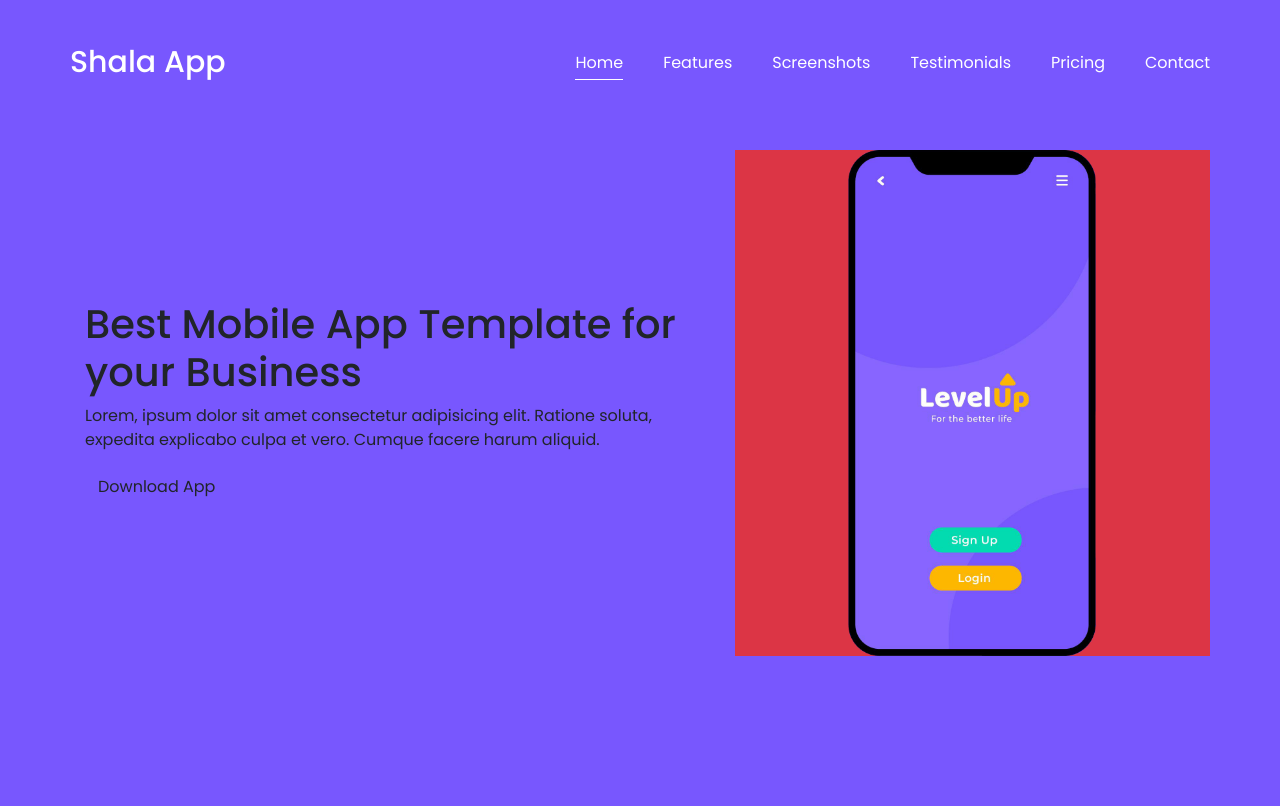
Repository: Mohamed-Hema/Shala-App
Page: index.html
These files come from the project's save history. The page is drawn as it stood at one moment and after the next save; the edit follows.
The browser window is 1280 px wide. The pictures show the whole page.

Above is the page before, as saved 2021-02-13 08:58:06.

### index.html
<!DOCTYPE html>
<html lang="zxx">
<head>
  <title>Shala - App Landing Page</title>
  <meta charset="utf-8">
  <meta name="viewport" content="width=device-width, initial-scale=1">
  <!-- owl carousel css -->
  <link rel="stylesheet" href="css/owl.carousel.min.css">
  <!-- font awesome icons -->
  <link rel="stylesheet" href="css/font-awesome.css">
  <!-- bootstrap css -->
  <link rel="stylesheet" href="css/bootstrap.min.css">
  <!-- main css -->
  <link rel="stylesheet" href="css/style.css">
</head>
<body>

  <!-- Start NavBar -->
  <nav class="navbar navbar-expand-md fixed-top">
    <div class="container">
      <!-- Brand -->
      <a class="navbar-brand" href="#">Shala App</a>

      <!-- Toggler/collapsibe Button -->
      <button class="navbar-toggler" type="button" data-toggle="collapse" data-target="#collapsibleNavbar">
        <span class="navbar-toggler-icon"></span>
      </button>

      <!-- Navbar links -->
      <div class="collapse navbar-collapse" id="collapsibleNavbar">
        <ul class="navbar-nav ml-auto">
          <li class="nav-item">
            <a class="nav-link active" href="#">Home</a>
          </li>
          <li class="nav-item">
            <a class="nav-link" href="#">Features</a>
          </li>
          <li class="nav-item">
            <a class="nav-link" href="#">Screenshots</a>
          </li>
          <li class="nav-item">
            <a class="nav-link" href="#">Testimonials</a>
          </li>
          <li class="nav-item">
            <a class="nav-link" href="#">Pricing</a>
          </li>
          <li class="nav-item">
            <a class="nav-link" href="#">Contact</a>
          </li>
        </ul>
      </div>
    </div>
  </nav>

  <!-- End NavBar -->
  <!-- Start Home Section -->
  <section class="home d-flex align-items-center">
    <div class="container">
      <div class="row align-items-center">
        <div class="col-md-7">
          <div class="home-text">
            <h1>Best Mobile App Template for your Business</h1>
            <p>Lorem, ipsum dolor sit amet consectetur adipisicing elit. Ratione soluta, expedita explicabo culpa et vero. Cumque facere harum aliquid.</p>
            <div class="home-btn">
              <a href="#" class="btn btn-1">Download App</a>
            </div>
          </div>
        </div>
        <div class="col-md-5 bg-danger text-center">
          <div class="home-img">
            <img src="img/app-screenshots/1.png" alt="First App Screen">
          </div>
        </div>
      </div>
    </div>
  </section>
  <!-- End Home Section -->
<!-- jquery js -->
<script src="js/jquery.min.js"></script>
<!-- popper js -->
<script src="js/popper.min.js"></script>
<!-- bootstrap js -->
<script src="js/bootstrap.min.js"></script>
<!-- owl carousel js -->
<script src="js/owl.carousel.min.js"></script>
<!-- ScrollIt js -->
<script src="js/scrollIt.min.js"></script>
<!-- main js -->
<script src="js/main.js"></script>
</body>
</html>

### css/style.css
/* Start Global Styles */
@import url('https://fonts.googleapis.com/css2?family=Poppins:wght@300;400;500;600;700;800;900&display=swap');

*{
    margin: 0;
    padding: 0;
    outline: none!important;
}

:root{
    --main-color: #7857fe;
    --color-1: #e91e63;
    --color-2: #f5ae10;
    --color-3: #09d69c;
    --bg-dark: #2b2c2f;
    --main-to-dark-color: var(--main-color);
    --dark-to-main-color: var(--bg-dark);
    --shadow-black-100: 0 5px 15px rgba(0,0,0,.1);
    --shadow-black-100: 0 5px 15px rgba(0,0,0,.3);
    --black-900: #000;
    --black-400: #555555;
    --black-100: #f7f7f7;
    --black-000: #fff;
    --black-alpha-100: rgba(0,0,0,0.05);
}

body{
    font-family: 'Poppins', sans-serif;
    font-size: 16px;
    font-weight: 400;
    overflow-x: hidden;
    background-color: #fff;
}
img{
    max-width: 100%;
    vertical-align: middle;
}
ul{
    list-style: none;
}


/* End Global Styles */
/* Start Navbar */
.navbar{
    background-color: var(--main-color);
    padding: 20px 0;
}
.navbar > .container{
    padding: 15px 0;
}
.navbar .navbar-brand{
    font-size: 30px;
    color: #fff;
    font-weight: 500;
}
.navbar .nav-item{
    margin-left: 40px;
}
.navbar .nav-item .nav-link{
    color: #fff;
    font-size: 16px;
    font-weight: 400;
    padding: 5px 0;
    position: relative;
}
.navbar .nav-item .nav-link::before{
    content: '';
    position: absolute;
    left: 0;
    right: 0;
    bottom: 0;
    height: 1px;
    background-color: #fff;
    transition: all .5s ease;
    transform: scale(0);
}
.navbar .nav-item .nav-link.active::before,
.navbar .nav-item .nav-link:hover::before{
    transform: scale(1);
}

/* End Navbar */
/* Start Home Section */
.home{
    min-height: 100vh;
    padding: 150px 0;
    background-color: var(--main-to-dark-color);
}
.home-img img{
    max-width: 250px;
    width: 100%;
}


/* End Home Section */

Loaded but not shown: css/owl.carousel.min.css (library); css/font-awesome.css (library); css/bootstrap.min.css (library); js/jquery.min.js (library); js/popper.min.js (library); js/bootstrap.min.js (library); js/owl.carousel.min.js (library); js/scrollIt.min.js (common file); js/main.js (no copy from this time; the picture is the same without it)

After the next save:
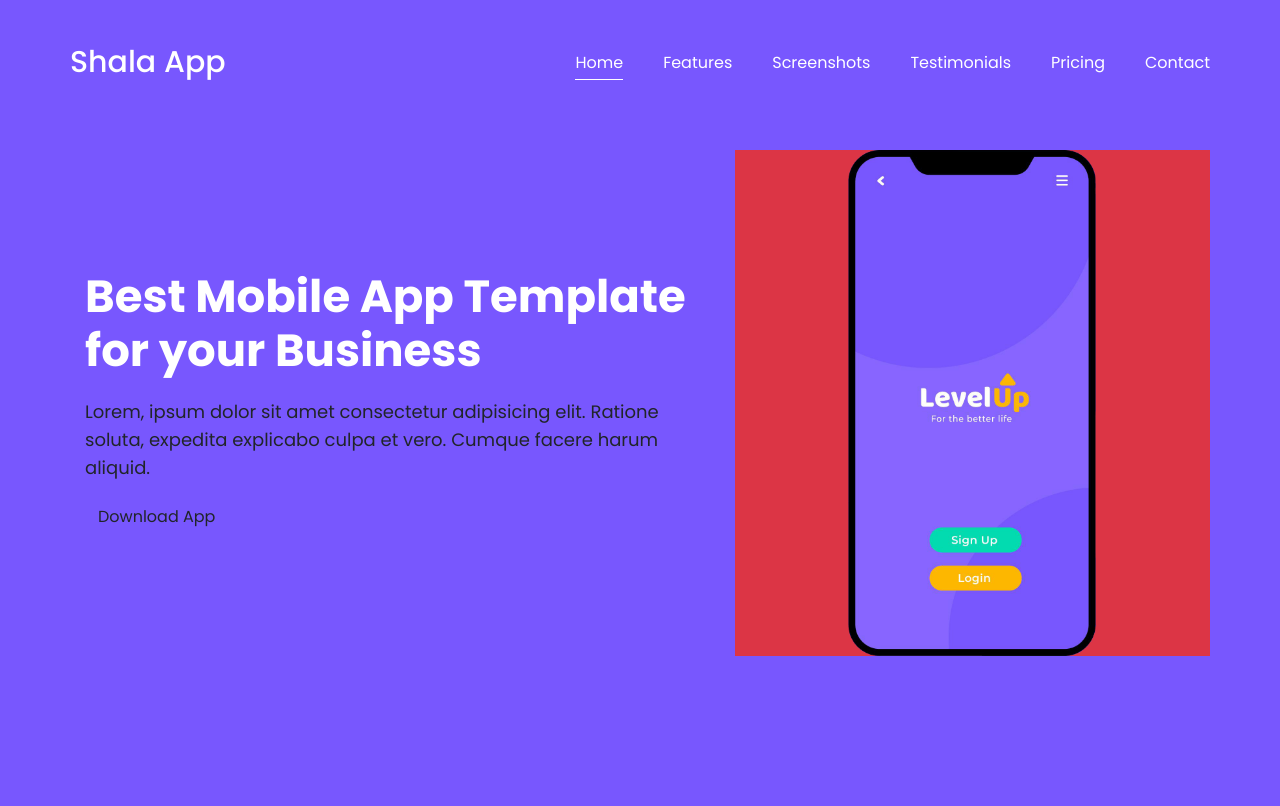
Saved 64 s later.
--- a/css/style.css
+++ b/css/style.css
@@ -87,6 +87,17 @@ ul{
     padding: 150px 0;
     background-color: var(--main-to-dark-color);
 }
+.home-text h1{
+    font-size: 45px;
+    font-weight: 700;
+    color: #fff;
+    margin: 0 0 20px;
+}
+.home-text p{
+    font-size: 18px;
+    line-height: 28px;
+
+}
 .home-img img{
     max-width: 250px;
     width: 100%;
